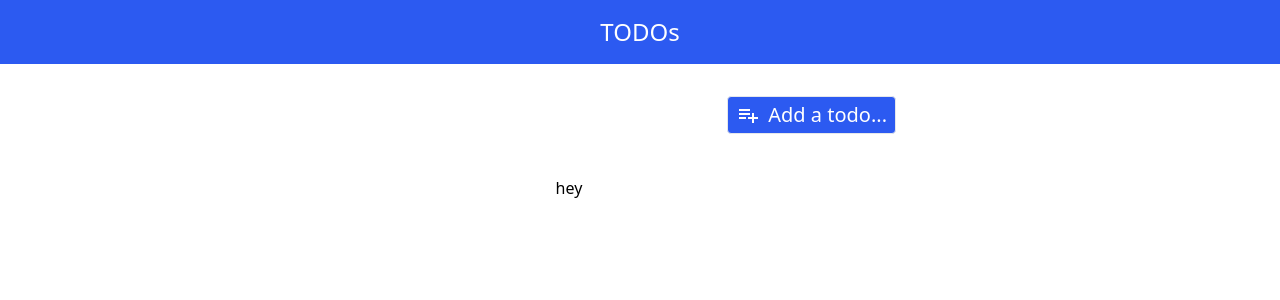
Repository: Jay-JYKim91/wanted-pre-onboarding-challenge-fe-1
Page: /
An editor plug-in stored every save of this project. The page is shown before and after the next save, followed by the edit.
The browser window is 1280 px wide. The pictures show the whole page.
The page's requests for data from a server got no answer. The project was rebuilt for these pictures with package versions that can differ from the ones it lists, and the page was loaded fresh each time. No one was signed in, and anything a server would have sent is missing. Also part of the build but not shown: src/page/Auth.tsx.

Above is the page before, as saved 2022-08-02 15:11:28.

### src/index.tsx
import React from "react"
import ReactDOM from "react-dom/client"
import "./index.css"
import App from "./App"
import { BrowserRouter } from "react-router-dom"

const root = ReactDOM.createRoot(document.getElementById("root") as HTMLElement)
root.render(
  <React.StrictMode>
    <BrowserRouter>
      <App />
    </BrowserRouter>
  </React.StrictMode>
)

### src/App.tsx
import React, { useEffect, useState } from "react"
import { Route, Routes, useNavigate } from "react-router-dom"
import Auth from "./page/Auth"
import Main from "./page/Main"

// type UserToken = {
//   userToken: string | null
// }

function App() {
  const navigate = useNavigate()
  const userToken = window.localStorage.getItem("userToken")
  const [todos, setTodos] = useState([])

  useEffect(() => {
    if (userToken === "") {
      window.alert("Please login first.")
      navigate("/auth")
    } else {
      fetch("http://localhost:8080/todos", {
        method: "GET",
        headers: { Authorization: userToken! },
      })
        .then((response) => response.json())
        .then((res) => {
          setTodos(res.data)
        })
    }
  }, [])

  return (
    <div className="App">
      <header className="bg-primary-900 text-white text-center py-4 text-2xl">
        <span>TODOs</span>
      </header>
      <Routes>
        <Route path="/" element={<Main todos={todos} />} />
        <Route path="/auth" element={<Auth />} />
      </Routes>
    </div>
  )
}

export default App

### src/page/Main.tsx
import React, { useState } from "react"
import { MdPlaylistAdd, MdLibraryAdd } from "react-icons/md"

type Props = {
  todos: TodoProps[]
}

type DisplayForm = "open" | "close"

type TodoProps = {
  title: string
  content: string
  id: string
  createdAt: string
  updatedAt: string
}

function Main({ todos }: Props) {
  const [titleInput, setTitleInput] = useState("")
  const [contentInput, setContentInput] = useState("")

  function handleTodoAddForm(displayForm: DisplayForm) {
    const btn = document.getElementById("addTodoBtn")
    const form = document.getElementById("addTodoForm")

    if (displayForm === "open") {
      btn!.style.display = "none"
      form!.style.display = "block"
    } else {
      btn!.style.display = "flex"
      form!.style.display = "none"
    }
  }

  function handleAddTodo(event: React.FormEvent<HTMLFormElement>) {
    event.preventDefault()

    const userToken = window.localStorage.getItem("userToken")
    const data = {
      title: titleInput,
      content: contentInput,
    }

    fetch("http://localhost:8080/todos", {
      method: "POST",
      headers: {
        "Content-Type": "application/json",
        Authorization: userToken!,
      },
      body: JSON.stringify(data),
    })
      .then((response) => response.json())
      .then((res) => {
        if (res.data) {
          setTitleInput("")
          setContentInput("")
          handleTodoAddForm("close")
        }
      })
  }

  return (
    <div className="max-w-xs md:max-w-lg mx-auto my-8">
      <button
        id="addTodoBtn"
        type="button"
        className="flex items-center border rounded bg-primary-900 text-white px-2 py-1 w-fit float-right"
        onClick={() => handleTodoAddForm("open")}
      >
        <MdPlaylistAdd className="mr-2 text-2xl" />
        <span className="text-xl">Add a todo...</span>
      </button>

      <form
        className="my-4 hidden"
        id="addTodoForm"
        onSubmit={(event) => handleAddTodo(event)}
      >
        <div className="flex flex-col mb-2">
          <label htmlFor="titleInput">Title</label>
          <input
            type="text"
            id="titleInput"
            required
            onChange={(event) => setTitleInput(event.target.value)}
            className="border rounded"
          />
        </div>
        <div className="flex flex-col mb-2">
          <label htmlFor="contentInput">Content</label>
          <textarea
            name="contentInput"
            id="contentInput"
            cols={30}
            rows={3}
            onChange={(event) => setContentInput(event.target.value)}
            className="border rounded"
          ></textarea>
        </div>
        <button
          type="submit"
          className="p-2 my-4 float-right flex items-center rounded bg-primary-900 text-white shadow-lg"
        >
          <MdLibraryAdd className="mr-2" />
          <span>Add a todo</span>
        </button>
      </form>
      <div className="pt-20 flex">
        <ul className="basis-1/2">
          {todos.map((todo: TodoProps) => {
            return <li key={todo.id}>{todo.title}</li>
          })}
        </ul>
        <div className="basis-1/2">hey</div>
      </div>
    </div>
  )
}

export default Main

### tailwind.config.js
/** @type {import('tailwindcss').Config} */
module.exports = {
  content: [
    "./src/**/*.{js,jsx,ts,tsx}",
  ],
  theme: {
    extend: {
      colors: {
        'primary': {
          100: '#47dfbc',
          500: '#428afe',
          900: '#2c5af1',
        }
      },
    },
  },
  plugins: [],
}

Loaded but not shown: public/index.html (common file); src/index.css (common file)

After the next save:
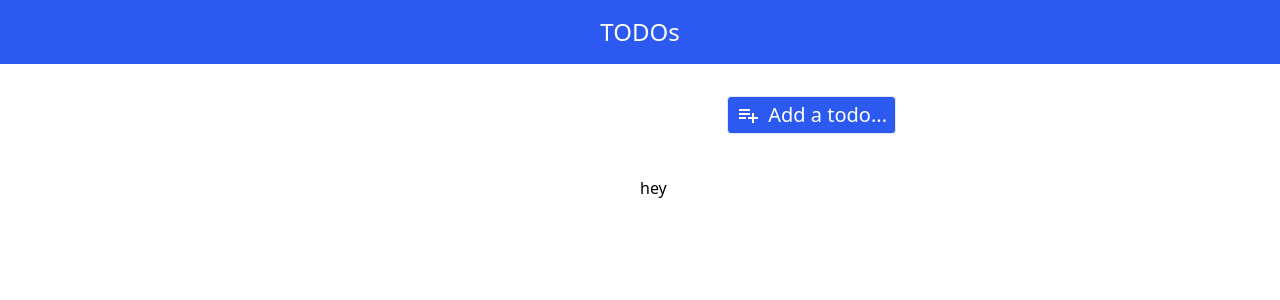
Saved 40 s later.
--- a/src/page/Main.tsx
+++ b/src/page/Main.tsx
@@ -61,15 +61,17 @@ function Main({ todos }: Props) {
 
   return (
     <div className="max-w-xs md:max-w-lg mx-auto my-8">
-      <button
-        id="addTodoBtn"
-        type="button"
-        className="flex items-center border rounded bg-primary-900 text-white px-2 py-1 w-fit float-right"
-        onClick={() => handleTodoAddForm("open")}
-      >
-        <MdPlaylistAdd className="mr-2 text-2xl" />
-        <span className="text-xl">Add a todo...</span>
-      </button>
+      <div className="relative">
+        <button
+          id="addTodoBtn"
+          type="button"
+          className="flex items-center border rounded bg-primary-900 text-white px-2 py-1 w-fit absolute right-0"
+          onClick={() => handleTodoAddForm("open")}
+        >
+          <MdPlaylistAdd className="mr-2 text-2xl" />
+          <span className="text-xl">Add a todo...</span>
+        </button>
+      </div>
 
       <form
         className="my-4 hidden"
